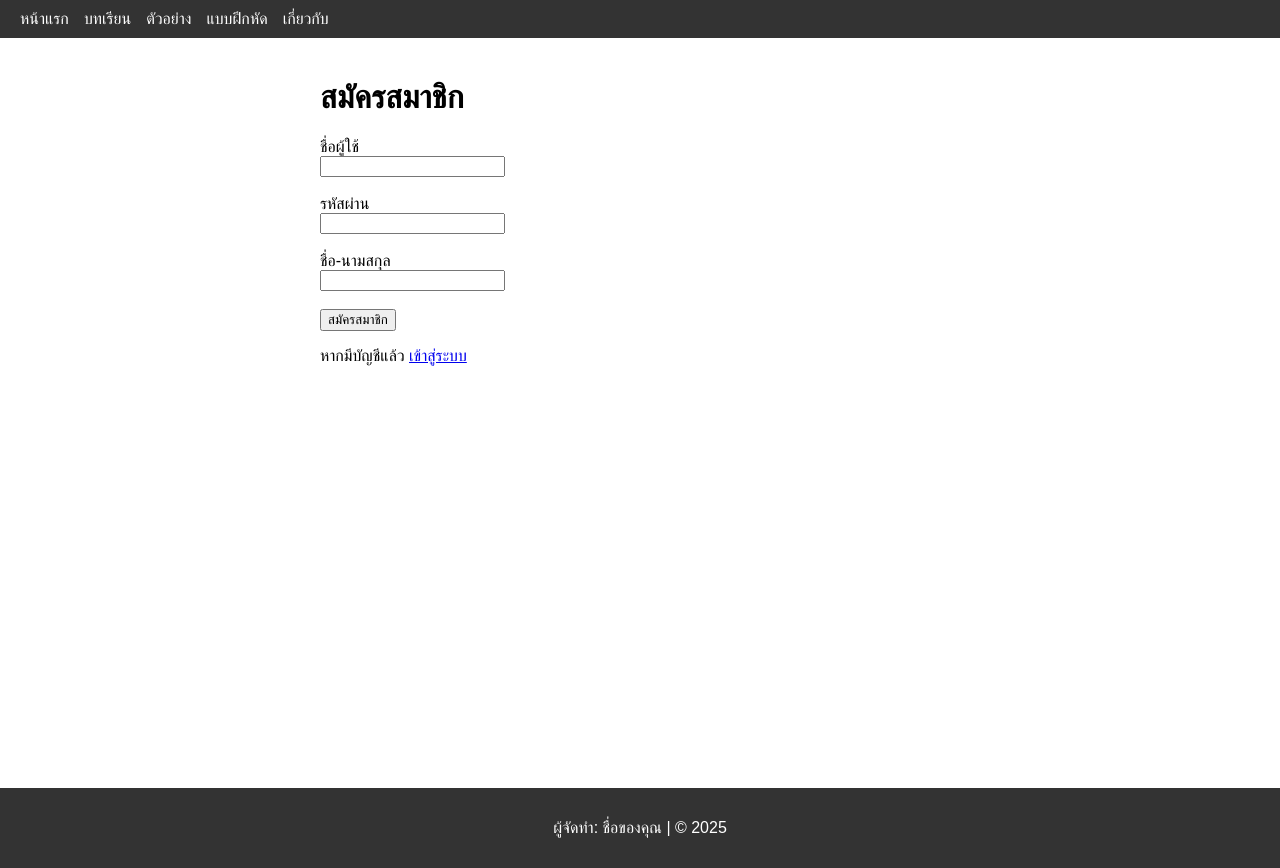
Repository: staggil/thesis
Page: register.html
The author's editor kept a copy of each file at every save. The page is drawn from the files as they stood at one save, then again after the next save.
The browser window is 1280 px wide. The pictures show the whole page.

Above is the page before, as saved 2025-12-08 03:53:44.

### register.html
<!DOCTYPE html>
<html lang="th">
<head>
    <meta charset="UTF-8">
    <meta name="viewport" content="width=device-width, initial-scale=1.0">
    <title>สมัครสมาชิก - เว็บไซต์สอนเขียนโปรแกรม</title>
    <link rel="stylesheet" href="style.css">
    <script src="script.js" defer></script>
</head>
<body data-sidebar="/components/empty.html" class="register-page">

    <!-- Header -->
    <div id="header-placeholder"></div>

    <!-- Sidebar -->
    <div id="sidebar-placeholder"></div>

    <!-- Content -->
    <main id="main-content">
        <h1>สมัครสมาชิก</h1>
        <form id="register-form" action="register.php" method="POST">
            <label for="username">ชื่อผู้ใช้</label><br>
            <input type="text" id="username" name="username" required><br><br>

            <label for="password">รหัสผ่าน</label><br>
            <input type="password" id="password" name="password" required><br><br>

            <label for="fullname">ชื่อ-นามสกุล</label><br>
            <input type="text" id="fullname" name="fullname" required><br><br>

            <button type="submit">สมัครสมาชิก</button>
        </form>
        <p>หากมีบัญชีแล้ว <a href="login.html">เข้าสู่ระบบ</a></p>
    </main>

    <!-- Footer -->
    <div id="footer-placeholder"></div>

</body>
</html>

### style.css
/* =========================
   Reset & Body
   ========================= */
body {
    margin: 0;
    font-family: Arial, sans-serif;
    box-sizing: border-box;
}

/* =========================
   Header
   ========================= */
header {
    background-color: #333;
    color: white;
    padding: 10px 20px;
}

.navbar ul {
    list-style: none;
    display: flex;
    gap: 15px;
    padding: 0;
    margin: 0;
}

.navbar ul li a {
    color: white;
    text-decoration: none;
}

/* =========================
   Sidebar
   ========================= */
#sidebar {
    width: 200px;               /* กำหนดความกว้าง */
    background-color: #f4f4f4;  /* สีพื้นหลัง */
    padding: 15px;              /* ระยะขอบภายใน */
    float: left;                /* ลอยซ้าย */
    height: 100vh;              /* ความสูงเต็มหน้าจอ */
    overflow-y: auto;           /* scroll ถ้ายาวเกิน */
}

#sidebar ul {
    list-style: none;
    padding: 0;
}

#sidebar ul li {
    margin-bottom: 10px;
}

#sidebar ul li a {
    text-decoration: none;
    color: #333;
    display: block;
    padding: 8px;
    border-radius: 4px;
    transition: background 0.3s;
}

#sidebar ul li a:hover {
    background-color: #ddd;
}

/* =========================
   Main Content
   ========================= */
#main-content {
    padding: 20px;          /* ระยะขอบภายใน */
    margin-left: 300px;     /* เว้นระยะจาก sidebar (sidebar width + 20px) */
    max-width: 700px;
}

/* กรณีหน้า index.html ไม่มี sidebar */
body.index #main-content {
    margin-left: 0;
    max-width: 700px;        /* กว้างเท่ากับหน้าที่มี sidebar */
    margin: 0 auto;          /* จัด content กลางหน้า */
}

/* =========================
   Footer
   ========================= */
footer {
    clear: both;
    background-color: #333;
    color: white;
    text-align: center;
    padding: 15px;
    position: relative;
}

/* =========================
   Responsive (มือถือ)
   ========================= */
@media screen and (max-width: 768px) {
    #sidebar {
        width: 100%;
        height: auto;
        float: none;
    }
    #main-content {
        margin-left: 0;
        padding: 15px;
    }

    .navbar ul {
        flex-direction: column;
        gap: 5px;
    }
}

/* =========================
   Empty sidebar
   ========================= */
#sidebar.empty-sidebar {
    background-color: #fff;   /* สีเดียวกับ container */
           /* คง padding เดิมถ้าอยากให้ layoutเหมือนหน้าที่มี sidebar */
    /* อย่าแก้ width หรือ float */
}

/* หน้า login ให้ layout อยู่กลางและสวยขึ้น */
body.login-page #main-content {
    max-width: 400px;       /* กว้างแค่พอ form */
    margin: 50px auto;      /* จัดกลางแนวนอนและเว้นบน */
    padding: 20px;
    background-color: #fff; /* เหมือน container */
    border-radius: 8px;
    box-shadow: 0 0 10px rgba(0,0,0,0.1);
}

body.login-page #sidebar-placeholder {
    display: none; /* ซ่อน sidebar */
}

### script.js
function loadComponent(filePath, elementId) {
    if (!filePath) return;
    const el = document.getElementById(elementId);
    if (!el) {
        console.error(`ไม่พบ element id="${elementId}"`);
        return;
    }
    fetch(filePath)
        .then(response => {
            if (!response.ok) throw new Error("ไม่พบไฟล์ " + filePath);
            return response.text();
        })
        .then(data => {
            el.innerHTML = data;
        })
        .catch(error => console.error(error));
}

document.addEventListener("DOMContentLoaded", function() {
    loadComponent("/components/header.html", "header-placeholder");
    loadComponent("/components/footer.html", "footer-placeholder");

    const sidebarFile = document.body.getAttribute("data-sidebar");
    loadComponent(sidebarFile, "sidebar-placeholder");
});

### components/header.html
<header>
    <nav class="navbar">
        <ul>
            <li><a href="/index.html">หน้าแรก</a></li>
            <li><a href="/lessons/intro.html">บทเรียน</a></li>
            <li><a href="/examples/draw-rect.html">ตัวอย่าง</a></li>
            <li><a href="/exercises/exercise1.html">แบบฝึกหัด</a></li>
            <li><a href="/about/about.html">เกี่ยวกับ</a></li>
        </ul>
    </nav>
</header>

### components/footer.html
<footer>
    <p>ผู้จัดทำ: ชื่อของคุณ | © 2025</p>
</footer>

### components/empty.html
<aside id="sidebar" class="empty-sidebar">
    <ul>

    </ul>
</aside>

After the next save:
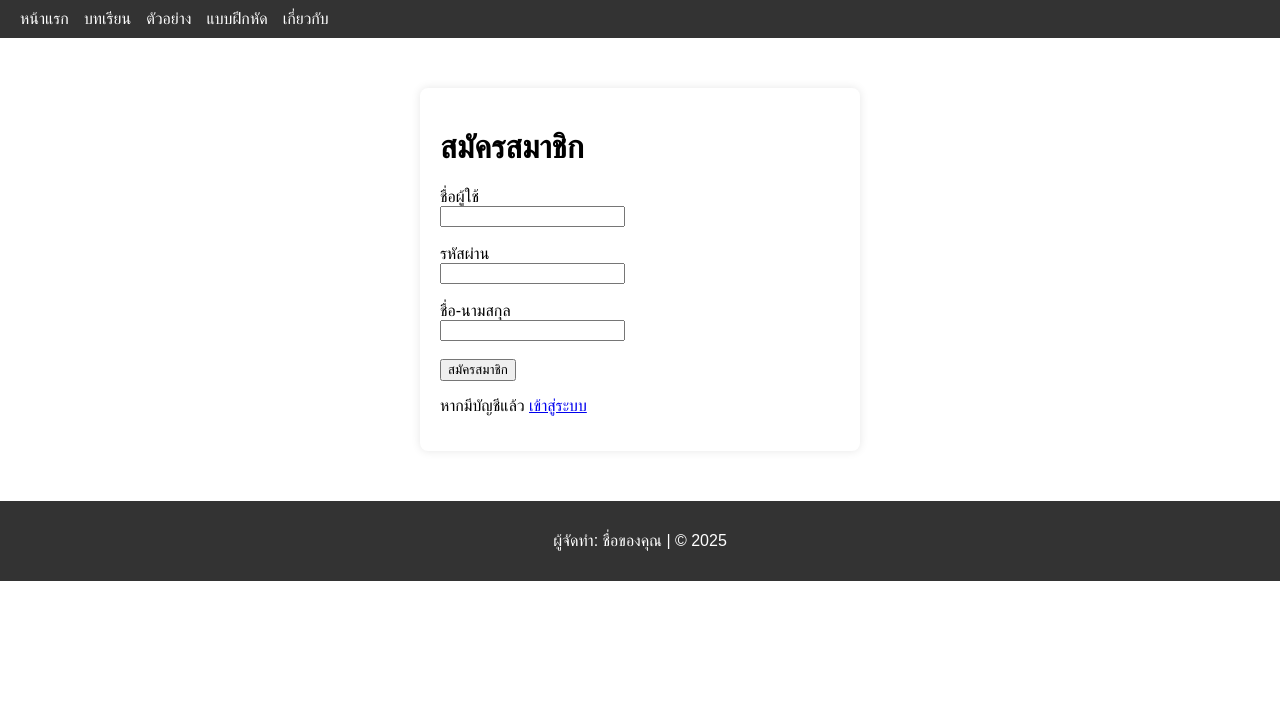
Saved 28 s later.
--- a/style.css
+++ b/style.css
@@ -133,3 +133,17 @@
 body.login-page #sidebar-placeholder {
     display: none; /* ซ่อน sidebar */
 }
+
+/* หน้า register ให้ layout อยู่กลางเหมือน login */
+body.register-page #main-content {
+    max-width: 400px;          /* กว้างพอ form */
+    margin: 50px auto;         /* จัดกลางหน้า */
+    padding: 20px;
+    background-color: #fff;    /* เหมือน container */
+    border-radius: 8px;
+    box-shadow: 0 0 10px rgba(0,0,0,0.1);
+}
+
+body.register-page #sidebar-placeholder {
+    display: none; /* ซ่อน sidebar */
+}
